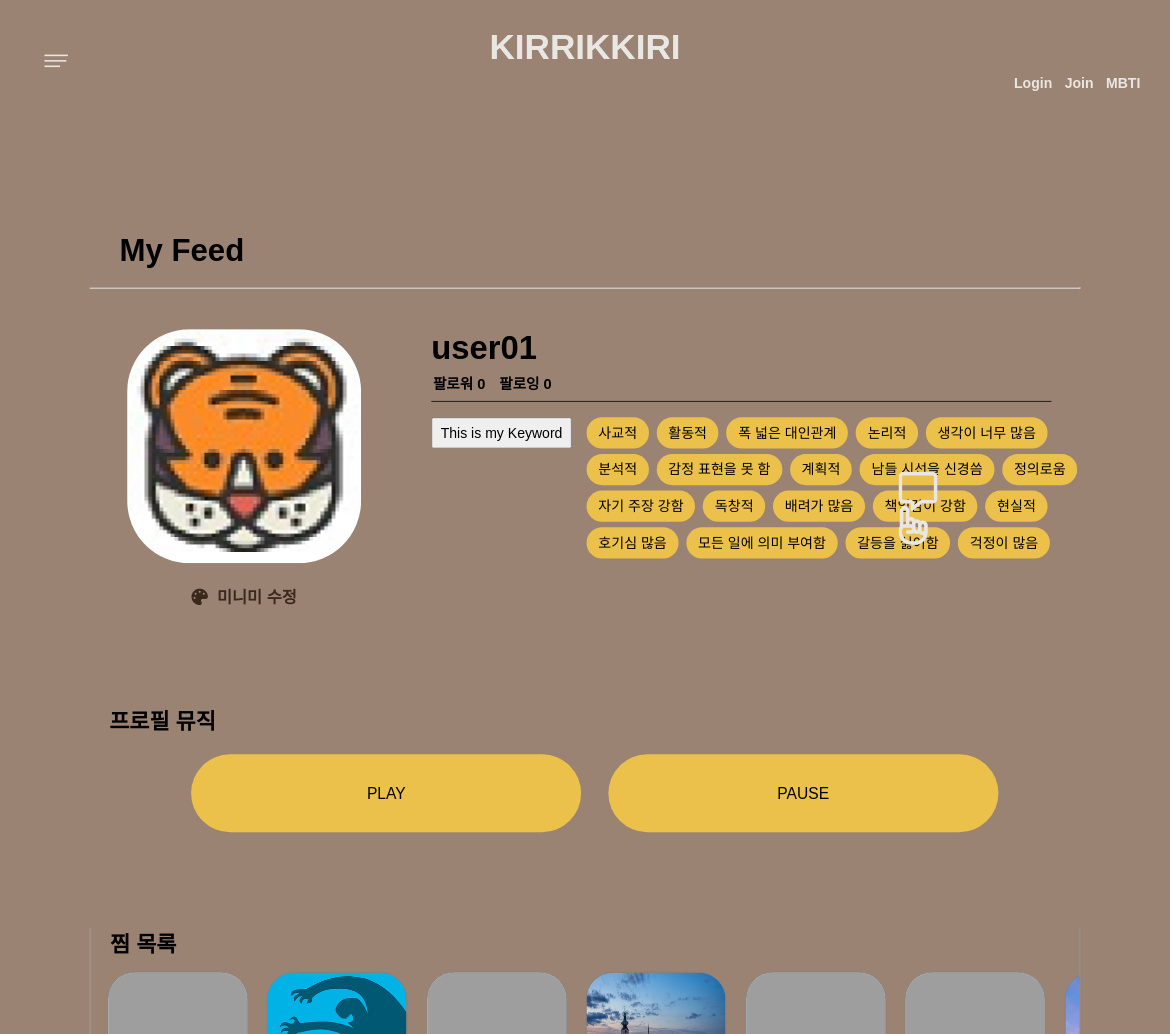
Repository: roditee/backend_mini_project
Page: http://localhost/spring_boot_backend_mini_project/WEB-INF/views/myFeed.jsp
An editor plug-in stored every save of this project. The page is shown before and after the next save, followed by the edit.
The browser window is 1280 px wide. The page is 1500 px wide, so the pictures cover 1500 px, including what lies to the right of the window. The pictures show the part of the page from y = 0 to 1326 px (the page is 4369 px tall before and 4047 px after), at 78% of full size.
Pictures or frames that could not be fetched are drawn as grey boxes. Some web libraries are served in a nearby version. The page is served by Tomcat 9. Nobody is signed in. Other server files are loaded and not shown. The template is opened directly, without the code that normally fills it, so the values that code supplies are empty.

Above is the page before, as saved 2022-01-18 14:39:14.

### spring_boot_backend_mini_project/src/main/webapp/WEB-INF/views/myFeed.jsp
<%@ page language="java" contentType="text/html; charset=UTF-8"
    pageEncoding="UTF-8"%>
<%@ taglib prefix="c" uri="http://java.sun.com/jsp/jstl/core" %>
<!DOCTYPE html>
<html>
	<head>
		<meta charset="UTF-8">
	   	<meta http-equiv="X-UA-Compatible" content="IE=edge">
	   	<meta name="viewport" content="width=device-width, initial-scale=1.0">
			<title>My Feed</title>
			<link href="<c:url value='/css/myFeed.css'/>" rel="stylesheet" type="text/css">
			<script src="<c:url value='/js/jquery-3.6.0.min.js'/>"></script>
			<script src="<c:url value='/js/myFeed.js'/>"></script>
	</head>
	<body>
		<div id="wrap">

			<!-- TOP -->
			<jsp:include page="/WEB-INF/views/layout/top.jsp" flush='true'/>

			<section>
	            <article>
	                <div id="profile">
	                    <h2 id="feedTitle">My Feed</h2><hr/>
	                    <div id="profileGroup">
	                        <div id="profileImgGroup">
	                            <img id="profileImg"src="./image/mbtiCtgItems01.png"/>
	                            <div id="profileEdit"><div><i class="fas fa-palette"></i>&nbsp;&nbsp;<span>미니미 수정</span></div></div>
	                        </div>
	                        <div id="profileInfoGroup">
	                            <div id="profileInfo">
	                                <h1>user01</h1>
	                                <div id="followGroup">
	                                    <h3>팔로워 <span>0</span></h3>&nbsp;&nbsp;&nbsp;
	                                    <h3>팔로잉 <span>0</span></h3>
	                                </div>
	                            </div>
	                            <div id="profileKeyword">
	                                    <button id="EditKeywordBtn">This is my Keyword</button>
	                                <div id="myKeywordGroup">
	                                    <button class="myKeyword">사교적</button>
	                                    <button class="myKeyword">활동적</button>
	                                    <button class="myKeyword">폭 넓은 대인관계</button>
	                                    <button class="myKeyword">논리적</button>
	                                    <button class="myKeyword">생각이 너무 많음</button>
	                                    <button class="myKeyword">분석적</button>
	                                    <button class="myKeyword">감정 표현을 못 함</button>
	                                    <button class="myKeyword">계획적</button>
	                                    <button class="myKeyword">남들 시선을 신경씀</button>
	                                    <button class="myKeyword">정의로움</button>
	                                    <button class="myKeyword">자기 주장 강함</button>
	                                    <button class="myKeyword">독창적</button>
	                                    <button class="myKeyword">배려가 많음</button>
	                                    <button class="myKeyword">책임감이 강함</button>
	                                    <button class="myKeyword">현실적</button>
	                                    <button class="myKeyword">호기심 많음</button>
	                                    <button class="myKeyword">모든 일에 의미 부여함</button>
	                                    <button class="myKeyword">갈등을 싫어함</button>
	                                    <button class="myKeyword">걱정이 많음</button>
	                                </div>
	                            </div>
	                        </div>
	                    </div>
	                </div>
	            </article>
	            <article>
	                <div id="profileMusic">
	                    <h1>프로필 뮤직</h1>
	                    <div id="musicBtnGroup">
	                        <input type="button" class="musicBtn" id="musicPlay" value="PLAY">
	                        <input type="button" class="musicBtn" id="musicPause" value="PAUSE">
	                    </div>
	                </div>
	            </article>
	            <article>
	                <div id="wishGroup">
	                    <h1>찜 목록</h1>
	                    <div id="wishBtnGroup">
	                        <img id="prevWish" src="image/prevButton.png">
							<img id="nextWish" src="image/nextButton.png">
	                    </div>
	                    <div id="wishList">
	                        <a href="/post"><img class="wishItems" src="image/itemsImg00.jpg"></a>
	                        <a href="/post"><img class="wishItems" src="image/itemsImg03.png"></a>
	                        <a href="/post"><img class="wishItems" src="image/itemsImg05.jpg"></a>
	                        <a href="/post"><img class="wishItems" src="image/itemsImg19.jpg"></a>
	                        <a href="/post"><img class="wishItems" src="image/itemsImg11.jpg"></a>
	                        <a href="/post"><img class="wishItems" src="image/itemsImg14.jpg"></a>
	                        <a href="/post"><img class="wishItems" src="image/itemsImg07.jpeg"></a>
	                        <a href="/post"><img class="wishItems" src="image/itemsImg02.jpg"></a>
	                        <a href="/post"><img class="wishItems" src="image/itemsImg06.jpeg"></a>
	                        <a href="/post"><img class="wishItems" src="image/itemsImg17.png"></a>
	                        <a href="/post"><img class="wishItems" src="image/itemsImg15.jpg"></a>
	                    </div>
	                </div>
	            </article>
	            <article>
	                <div id="myPostGroup">
	                    <h1>내 게시글</h1>
	                    <div id="postList">
	                        <a href="/post"><img class="postItems" src="image/itemsImg18.png"></a>
	                        <a href="/post"><img class="postItems" src="image/itemsImg15.jpg"></a>
	                        <a href="/post"><img class="postItems" src="image/itemsImg11.jpg"></a>
	                        <a href="/post"><img class="postItems" src="image/itemsImg01.jpg"></a>
	                        <a href="/post"><img class="postItems" src="image/itemsImg10.jpeg"></a>
	                        <a href="/post"><img class="postItems" src="image/itemsImg03.png"></a>
	                        <a href="/post"><img class="postItems" src="image/itemsImg06.jpeg"></a>
	                        <a href="/post"><img class="postItems" src="image/itemsImg02.jpg"></a>
	                        <a href="/post"><img class="postItems" src="image/itemsImg00.jpg"></a>
	                        <a href="/post"><img class="postItems" src="image/itemsImg08.jpeg"></a>
	                        <a href="/post"><img class="postItems" src="image/itemsImg07.jpeg"></a>
	                        <a href="/post"><img class="postItems" src="image/itemsImg13.jpg"></a>
	                    </div>
	                    <div id="seeMoreBox"><button id="seeMore">See More</button></div>
	                </div>
	            </article>
	        </section>

	        <!-- BOTTOM -->
			<jsp:include page="/WEB-INF/views/layout/bottom.jsp" flush='true'/>

		</div>
	</body>
</html>

### spring_boot_backend_mini_project/src/main/webapp/WEB-INF/views/layout/bottom.jsp
<%@ page language="java" contentType="text/html; charset=UTF-8"
    pageEncoding="UTF-8"%>
<%@ taglib prefix="c" uri="http://java.sun.com/jsp/jstl/core" %>
<!DOCTYPE html>
<html>
	<head>
		<meta charset="UTF-8">
		<title>KIRRIKKIRI : MBTI 기반 정보 공유</title>
	</head>
	<body>
		<footer>
            <div id="footer">
                <div id="footerInfo">
                    <div id="info1">
                        <h2>KIRRIKKIRI's 고객센터</h2>
                        <h3>1588-7272</h3>
                    </div>
                    <div id="info2">
                        상담시간&nbsp;|&nbsp;
                        평일 10:00 ~ 17:00&nbsp;|&nbsp;
                        주말, 공휴일 휴무&nbsp;|&nbsp;
                        점심시간 12:00 ~ 13:00
                    </div>
                    <div id="info3">
                        <a href="<c:url value='/'/>">브랜드 스토리</a>&nbsp;|&nbsp;
                        <a href="<c:url value='/'/>">회사 소개</a>&nbsp;|&nbsp;
                        <a href="<c:url value='/'/>">채용 정보 </a>&nbsp;|&nbsp;
                        <a href="<c:url value='/'/>">이용 약관</a>&nbsp;|&nbsp;
                        <a href="<c:url value='/'/>">개인 정보 처리 방침</a>&nbsp;|&nbsp;
                        <a href="<c:url value='/'/>">이용 안내</a>&nbsp;|&nbsp;
                        <a href="<c:url value='/'/>">공지사항</a>&nbsp;|&nbsp;
                        <a href="<c:url value='/'/>">고객센터</a>&nbsp;|&nbsp;
                        <a href="<c:url value='/'/>">고객의 소리</a>&nbsp;|&nbsp;
                        <a href="<c:url value='/'/>">제휴/광고 문의</a>
                    </div>
                    <div id="info4">
                        상호명 : (주) KIRRIKKIRI<br/>
                        이메일(고객 문의) : kirrikkiri@mbti.com<br/>
                        주소 : 코끼리아저시 코가손이구 727-2
                    </div>
                </div>
                <div id="toTop">
                    <i id="toTopBtn" class="far fa-hand-point-up"></i>
                </div>
                <div id="chat">
                    <i id="chatbot" class="far fa-comment-alt"></i>
                </div>
            </div>
        </footer>
	</body>
</html>

### spring_boot_backend_mini_project/src/main/resources/static/css/menu.css
/************* Menu ************/
nav {
  /* overflow: hidden; */
  position: relative;
  transform: translateX(-170px);
  width: 270px;
  transition: all 800ms cubic-bezier(0.8, 0, 0.33, 1);
  border-radius: 0% 0% 100% 50%;
}

nav.nav-open {
  transform: translateX(0px);
  border-radius: 0% 0% 0% 0%;
  background: rgba(255, 255, 255, 0.6);
  z-index: 10000;
}

nav .menu-btn {
  position: fixed;
  top: -80px;
  left: 84%;
  padding: 0;
  width: 30px;
  cursor: pointer;
  z-index: 2;
}

nav .menu-btn .line {
  padding: 0;
  width: 30px;
  background:#e9e7e3;
  height: 2px;
  margin: 5px 0;
  transition: all 700ms cubic-bezier(0.9, 0, 0.33, 1);
}

nav .menu-btn .line.line--1 {
  width: 30px;
  transform: rotate(0) translateY(0);
}

nav .menu-btn .line.line--1.line-cross {
  width: 30px;
  transform: rotate(45deg) translateY(10px);
  background: #e9e7e3;
}

nav .menu-btn .line.line--2 {
  width: 28px;
  transform: translateX(0);
}

nav .menu-btn .line.line--2.line-fade-out {
  width: 28px;
  transform: translate(30px);
  opacity: 0;
}

nav .menu-btn .line.line--3 {
  width: 20px;
  transform: rotate(0) translateY(0);
}

nav .menu-btn .line.line--3.line-cross {
  width: 30px;
  transform: rotate(-45deg) translateY(-10px);
  background: #e9e7e3;
}

nav .nav-links {
  position: absolute;
  left: 0;
  top: 0;
  width: 100%;
  height: 100%;
  display: flex;
  flex-direction: column;
  justify-content: center;
  transform: translateX(-100px);
  opacity: 0;
  transition: all 900ms cubic-bezier(0.9, 0, 0.33, 1);
}

nav .nav-links.fade-in {
  opacity: 1;
  transform: translateX(0px);
}

nav .nav-links .link {
  margin: 20px 0 30px 0;
  text-decoration: none;
  font-family: sans-serif;
  color: #e9e7e3;
  font-weight: 700;
  text-transform: uppercase;
  font-size: 10px;
  transition: all 300ms cubic-bezier(0.9, 0, 0.33, 1);
}

nav .nav-links .link:hover {
  color: #e9e7e3;
}

.link a {
  margin: 0 20px;
  color: rgb(70, 53, 40);
  font-size: 18px;
  transition: all 400ms ease;
  font-size: 18px;
}

a:hover {
  color: #8b6452;
}

#subMenuList {
  list-style: none;
}

#menuGroup {
  list-style: none;
  position: absolute;
  top: -100px;
  background: #e0d0c0;
  z-index: 100;
  border-top-right-radius: 78px;
  border-bottom-right-radius: 78px;
  width: 205px;
}

.menu .hide {
  display: none;
}

.hide {
  list-style: none;
  padding-left: 10px;
  padding-top: 4px;
}

.subMenu {
  margin-bottom: 3px;
}

.subMenu > a {
  text-decoration: none;
}

### spring_boot_backend_mini_project/src/main/resources/static/css/section.css
/************* Section ************/

/************* MBTI Category ************/
#mbtiCtgGroup {
  width: 100%;
  height: 300px;
  margin-top: 40px;
  background: #9b8373;
  height: 205px;
  padding: 23px 0;
}

.mbtiCtg {
  display: flex;
  list-style: none;
  justify-content: space-evenly;
  margin: 17px 70px 0px 70px;
}

.mbtiItemsImg > img {
  width: 63px;
  height: 63px;
  border-radius: 16px;
}

.mbtiItemsImg > img:hover {
  opacity: 0.6;
}

.mbtiCtgItems a {
  color: #e9e7e3;
  text-decoration: none;
  font-weight: bold;
}

.mbtiItemsText {
  text-align: center;
}

/************* 인기 게시글 ************/
#hotItemsSection {
  width: 100%;
  background: #9b8373;
  padding: 35px 0;
}

#hotItemsSection > h2 {
  padding: 0px 13px 13px 38px;
  color: #e9e7e3;
}

.hotItemGroup {
  display: flex;
  justify-content: space-evenly;
}

.hotItems {
  width: 200px;
  height: 250px;
  border-radius: 20px;
  background: white;
  margin: 10px 0;
}

.hotItems:hover {
  opacity: 0.8;
}

/************* 추천게시글 ************/
#KIRRIRecommendSection, #KIRRIGoodsSection {
  width: 100%;
  height: 450px;
  background: #9b8373;
  padding: 35px 0;
  margin-bottom: 90px;
  padding-top: 75px;
}

#KIRRIRecommendSection h2, #KIRRIGoodsSection h2 {
  padding: 0px 13px 13px 38px;
  color:#e9e7e3;
}
.KIRRIRecommendGroup, .KIRRIGoodsGroup {
  display: flex;
  justify-content: space-evenly;
}

.KIRRIRecommendItems {
  width: 400px;
  height: 350px;
  border-radius: 20px;
  background: white;
  margin: 10px 0;
}

.KIRRIRecommendItems:hover {
  opacity: 0.8;
}

Loaded but not shown: spring_boot_backend_mini_project/src/main/resources/static/js/jquery-3.6.0.min.js (library); spring_boot_backend_mini_project/src/main/resources/static/js/cart.js (common file); spring_boot_backend_mini_project/src/main/resources/static/js/mainImg.js (65 lines, source omitted); spring_boot_backend_mini_project/src/main/resources/static/js/zoomImage.js (106 lines, source omitted); spring_boot_backend_mini_project/src/main/resources/static/js/mainBanner.js (70 lines, source omitted); spring_boot_backend_mini_project/src/main/resources/static/js/myFeed.js (46 lines, source omitted); spring_boot_backend_mini_project/src/main/resources/static/js/menu.js (28 lines, source omitted); spring_boot_backend_mini_project/src/main/resources/static/js/chatbot.js (33 lines, source omitted); spring_boot_backend_mini_project/src/main/resources/static/js/modal.js (17 lines, source omitted); spring_boot_backend_mini_project/src/main/resources/static/js/moveScreen.js (17 lines, source omitted); spring_boot_backend_mini_project/src/main/resources/static/js/selectBox.js (13 lines, source omitted); spring_boot_backend_mini_project/src/main/resources/static/js/main.js (8 lines, source omitted); spring_boot_backend_mini_project/src/main/resources/static/css/productDetailView.css (528 lines, source omitted); spring_boot_backend_mini_project/src/main/webapp/WEB-INF/views/layout/top.jsp (109 lines, source omitted); spring_boot_backend_mini_project/src/main/resources/static/css/common.css (295 lines, source omitted); spring_boot_backend_mini_project/src/main/resources/static/css/myFeed.css (268 lines, source omitted); spring_boot_backend_mini_project/src/main/resources/static/css/mainBanner.css (181 lines, source omitted)

After the next save:
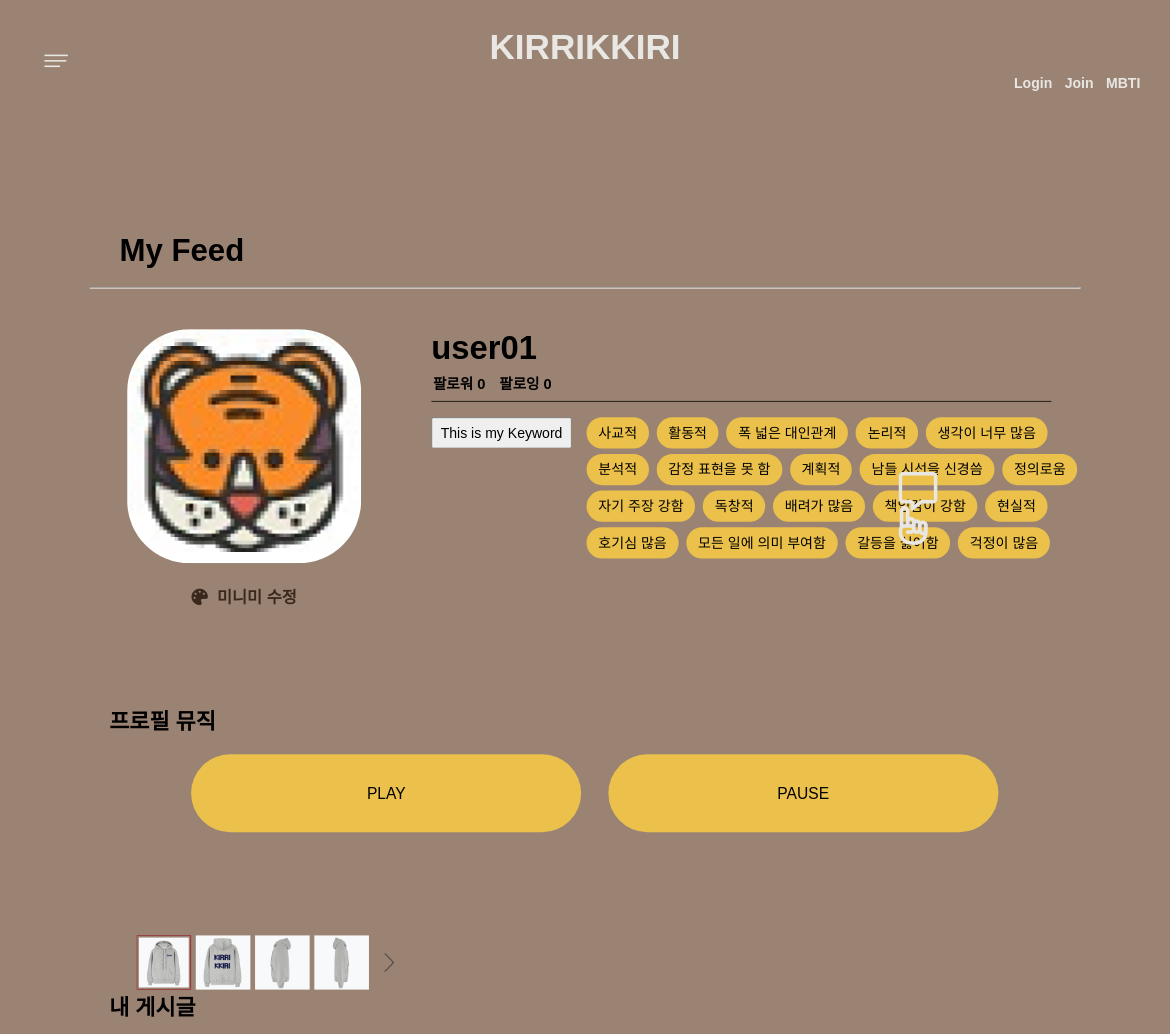
Saved 28 min 54 s later.
--- a/spring_boot_backend_mini_project/src/main/webapp/WEB-INF/views/myFeed.jsp
+++ b/spring_boot_backend_mini_project/src/main/webapp/WEB-INF/views/myFeed.jsp
@@ -73,7 +73,7 @@
 	                </div>
 	            </article>
 	            <article>
-	                <div id="wishGroup">
+	                <!-- <div id="wishGroup">
 	                    <h1>찜 목록</h1>
 	                    <div id="wishBtnGroup">
 	                        <img id="prevWish" src="image/prevButton.png">
@@ -92,7 +92,19 @@
 	                        <a href="/post"><img class="wishItems" src="image/itemsImg17.png"></a>
 	                        <a href="/post"><img class="wishItems" src="image/itemsImg15.jpg"></a>
 	                    </div>
-	                </div>
+	                </div> -->
+
+	               <div class="small-img">
+						       <div class="small-container">
+						        <div id="small-img-roll">
+						          <img src="image/clothes/grayFront.png" class="show-small-img" alt="" id="first_img">
+						          <img src="image/clothes/grayBack.png" class="show-small-img" alt="">
+						          <img src="image/clothes/graySide.png" class="show-small-img" alt="">
+						          <img src="image/clothes/graySide2.png" class="show-small-img" alt="">
+						        </div>
+						       </div>
+						      <img src="image/next-icon.png" class="icon-right" alt="" id="next-img">
+						     </div>
 	            </article>
 	            <article>
 	                <div id="myPostGroup">

After the save that followed:
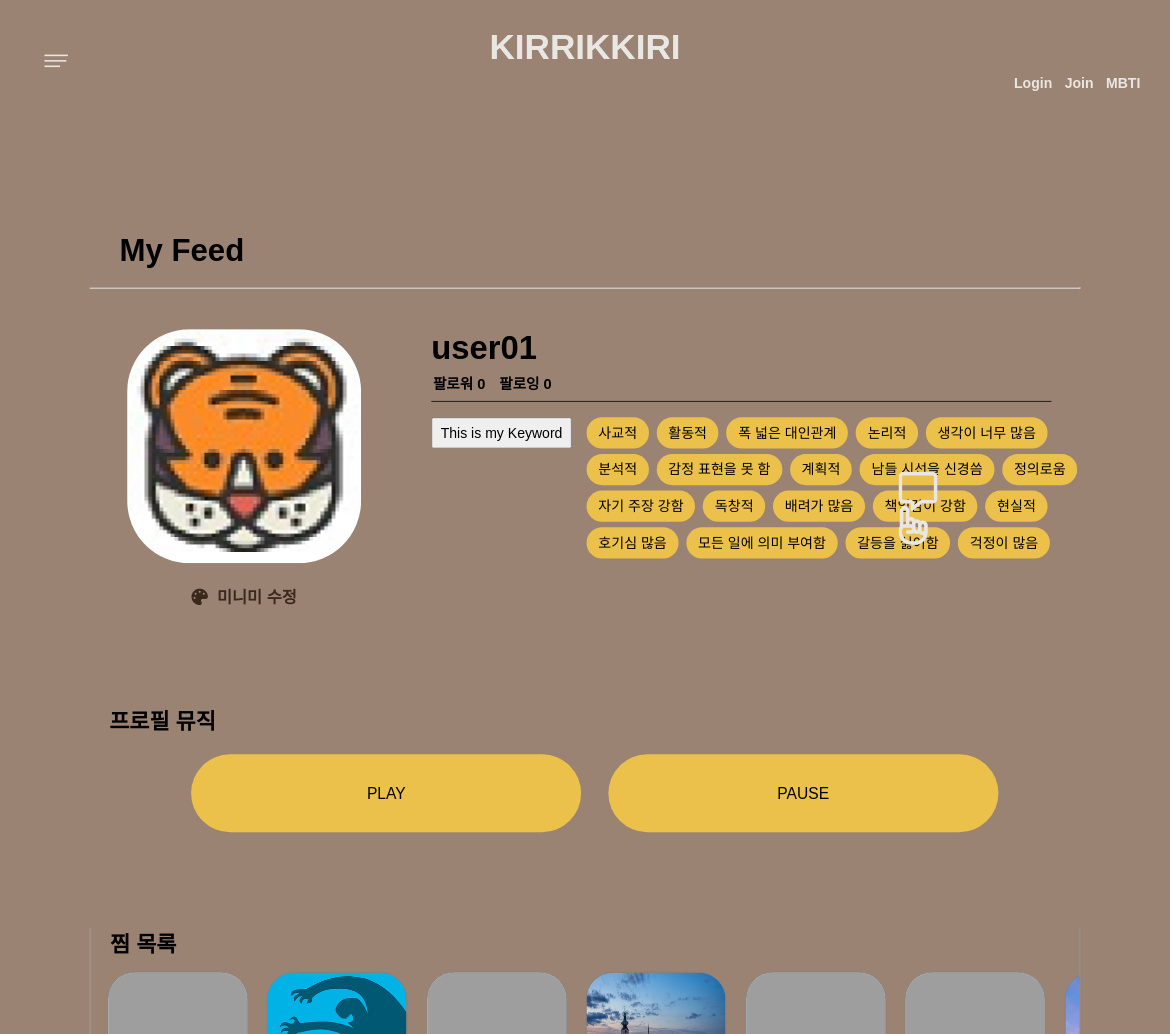
Saved 47 s later.
--- a/spring_boot_backend_mini_project/src/main/webapp/WEB-INF/views/myFeed.jsp
+++ b/spring_boot_backend_mini_project/src/main/webapp/WEB-INF/views/myFeed.jsp
@@ -73,7 +73,7 @@
 	                </div>
 	            </article>
 	            <article>
-	                <!-- <div id="wishGroup">
+	                <div id="wishGroup">
 	                    <h1>찜 목록</h1>
 	                    <div id="wishBtnGroup">
 	                        <img id="prevWish" src="image/prevButton.png">
@@ -92,19 +92,7 @@
 	                        <a href="/post"><img class="wishItems" src="image/itemsImg17.png"></a>
 	                        <a href="/post"><img class="wishItems" src="image/itemsImg15.jpg"></a>
 	                    </div>
-	                </div> -->
-
-	               <div class="small-img">
-						       <div class="small-container">
-						        <div id="small-img-roll">
-						          <img src="image/clothes/grayFront.png" class="show-small-img" alt="" id="first_img">
-						          <img src="image/clothes/grayBack.png" class="show-small-img" alt="">
-						          <img src="image/clothes/graySide.png" class="show-small-img" alt="">
-						          <img src="image/clothes/graySide2.png" class="show-small-img" alt="">
-						        </div>
-						       </div>
-						      <img src="image/next-icon.png" class="icon-right" alt="" id="next-img">
-						     </div>
+	                </div>
 	            </article>
 	            <article>
 	                <div id="myPostGroup">
